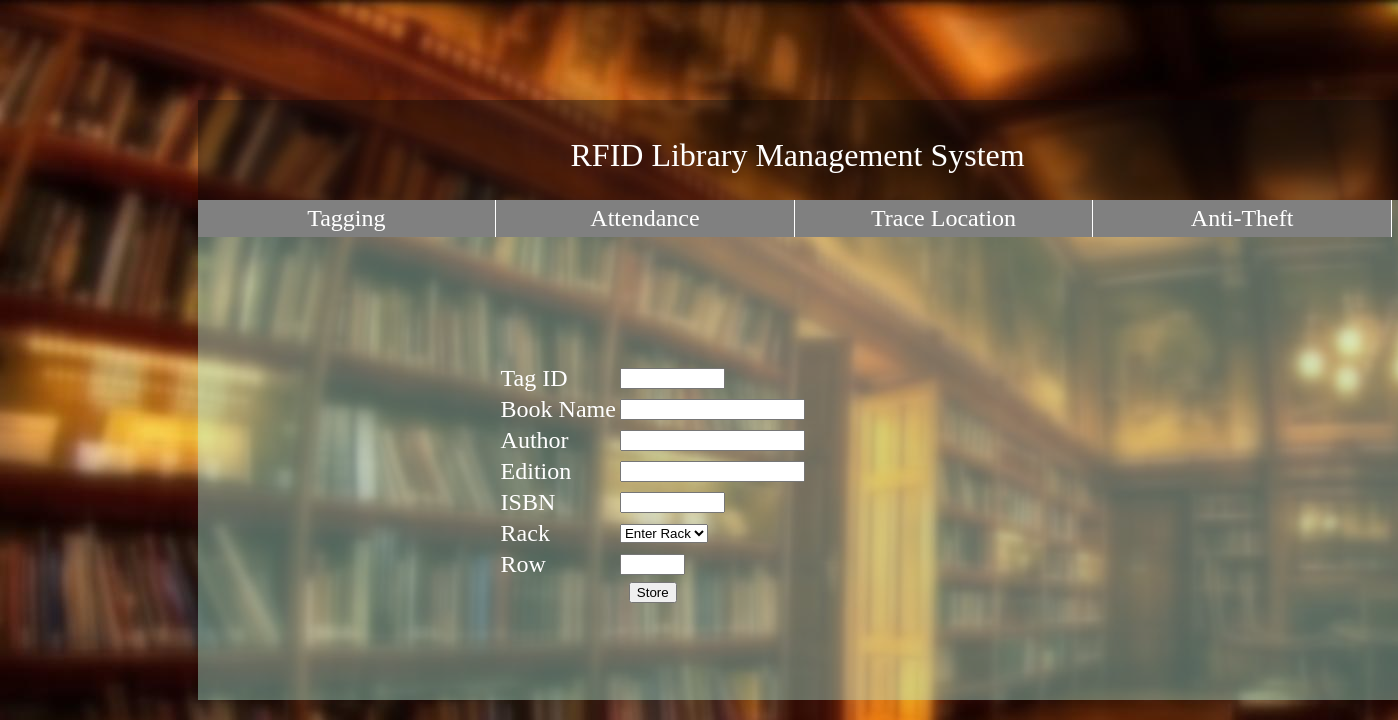
Repository: vigineshs/A-Smart-Data-Analyzer-for-Library-Management-System
Page: http://localhost/librarymgmt/tag.jsp
These files come from the project's save history. The page is drawn as it stood at one moment and after the next save; the edit follows.
The browser window is 1280 px wide. The page is 1398 px wide, so the pictures cover 1398 px, including what lies to the right of the window. The pictures show the whole page.
The page is served by Tomcat 9.

Above is the page before, as saved 2013-02-11 15:57:54.

After the next save:
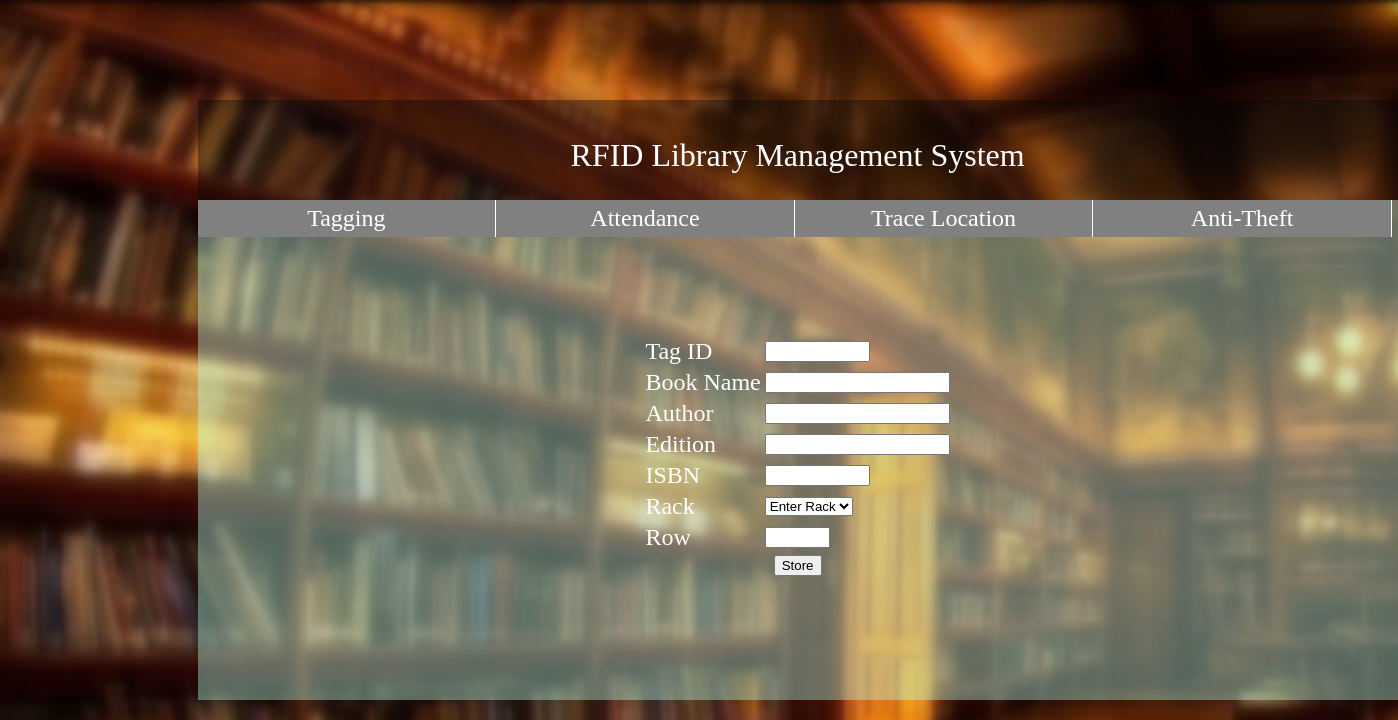
Saved 19 s later.
--- a/PassiveRFID/CS203-Version 1.0.6/Demo Applications/Dot Net C#/Demo Applications Source Code/RFID/librarymgmt/WebContent/tag.jsp
+++ b/PassiveRFID/CS203-Version 1.0.6/Demo Applications/Dot Net C#/Demo Applications Source Code/RFID/librarymgmt/WebContent/tag.jsp
@@ -67,11 +67,8 @@ RFID Library Management System
 <li><a href="#">Anti-Theft</a></li>
 </ul>
 <br/><br/>
-	<div id="lcon">
-
-	</div>
-	<div id="rcon">
-	<form method=POST action="http://localhost:8080/librarymgmt/Tagg" onsubmit="return validateForm()" name=f1 ><br/><br/><br/><br/>
+	<center>
+	<form method=POST action="http://localhost:8080/librarymgmt/Tagg" onsubmit="return validateForm()" name=f1 ><br/><br/><br/>
 <table>
 <tr><td>Tag ID</td><td><input type=text size=10 name="btag" /></td></tr>
 <tr><td>Book Name</td><td><input type=text size=20 name="bname" /></td></tr>
